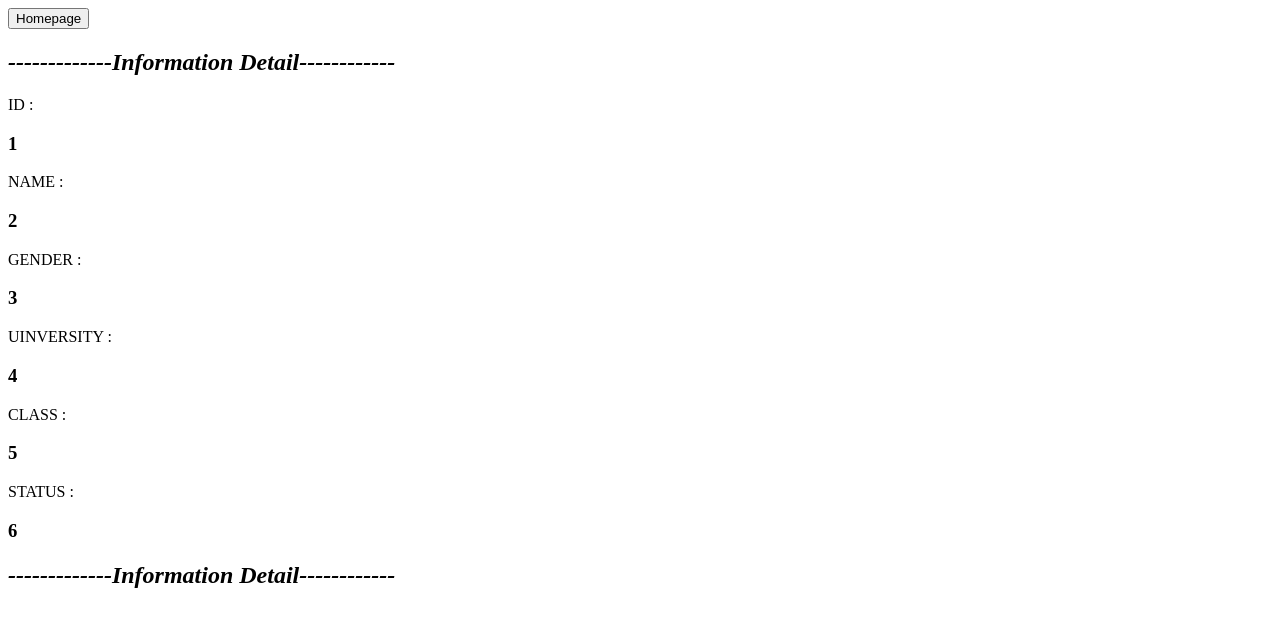
Repository: kepisal/ServletJAVA
Page: AjaxStaffandStudent/WebContent/pages/viewdetails.html
The author's editor kept a copy of each file at every save. The page is drawn from the files as they stood at one save, then again after the next save.
The browser window is 1280 px wide. The pictures show the whole page.

Above is the page before, as saved 2015-07-10 15:38:25.

### AjaxStaffandStudent/WebContent/pages/viewdetails.html
<!DOCTYPE html>
<html>
<head>
<meta charset="ISO-8859-1">
<title>Insert title here</title>
</head>
<body>
	<div>
		<button id="btnhomepage">Homepage</button>
	</div>
	<div>
		<i><h2>-------------Information Detail------------</h2></i>
		<label>ID         :</label><h3 id="stuid">1</h3>
		<label>NAME       :</label><h3 id="stuname">2</h3>
		<label>GENDER     :</label><h3 id="stugender">3</h3>
		<label>UINVERSITY :</label><h3 id="stuuniversity">4</h3>
		<label>CLASS      :</label><h3 id="stuclass">5</h3>
		<label>STATUS     :</label><h3 id="stustatus">6</h3>
		<i><h2>-------------Information Detail------------</h2></i>
	</div>
</body>
</html>

After the next save:
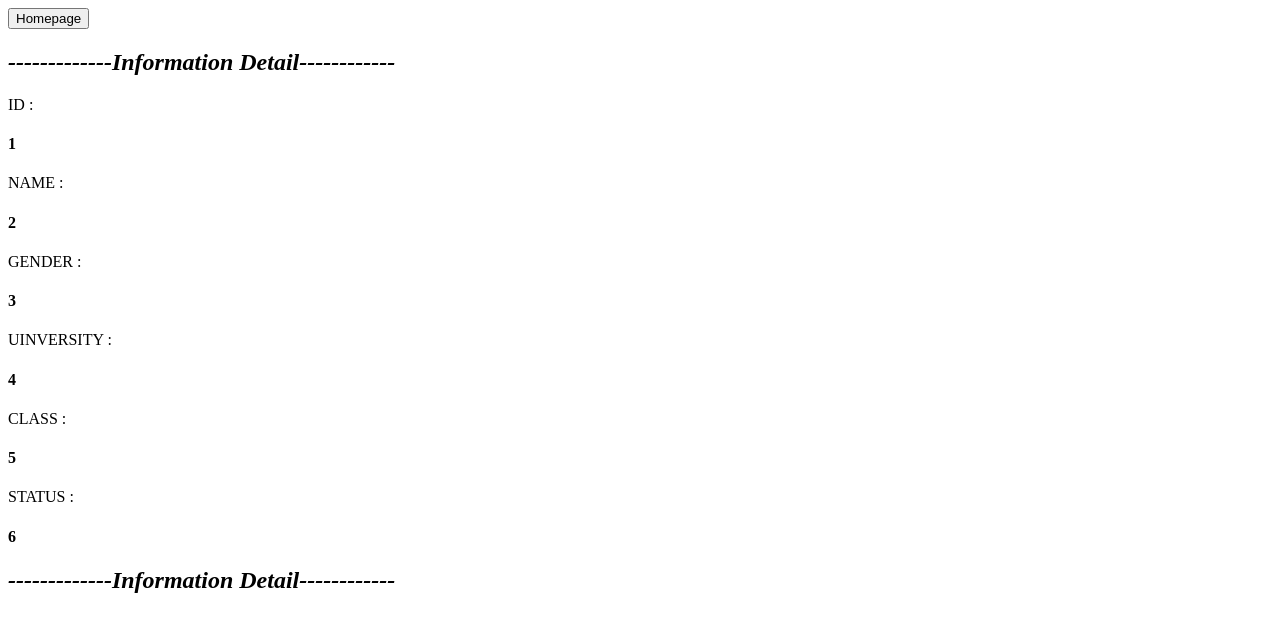
Saved 39 s later.
--- a/AjaxStaffandStudent/WebContent/pages/viewdetails.html
+++ b/AjaxStaffandStudent/WebContent/pages/viewdetails.html
@@ -10,12 +10,12 @@
 	</div>
 	<div>
 		<i><h2>-------------Information Detail------------</h2></i>
-		<label>ID         :</label><h3 id="stuid">1</h3>
-		<label>NAME       :</label><h3 id="stuname">2</h3>
-		<label>GENDER     :</label><h3 id="stugender">3</h3>
-		<label>UINVERSITY :</label><h3 id="stuuniversity">4</h3>
-		<label>CLASS      :</label><h3 id="stuclass">5</h3>
-		<label>STATUS     :</label><h3 id="stustatus">6</h3>
+		<label>ID         :</label><h4 id="stuid">1</h4>
+		<label>NAME       :</label><h4 id="stuname">2</h4>
+		<label>GENDER     :</label><h4 id="stugender">3</h4>
+		<label>UINVERSITY :</label><h4 id="stuuniversity">4</h4>
+		<label>CLASS      :</label><h4 id="stuclass">5</h4>
+		<label>STATUS     :</label><h4 id="stustatus">6</h4>
 		<i><h2>-------------Information Detail------------</h2></i>
 	</div>
 </body>

After the save that followed:
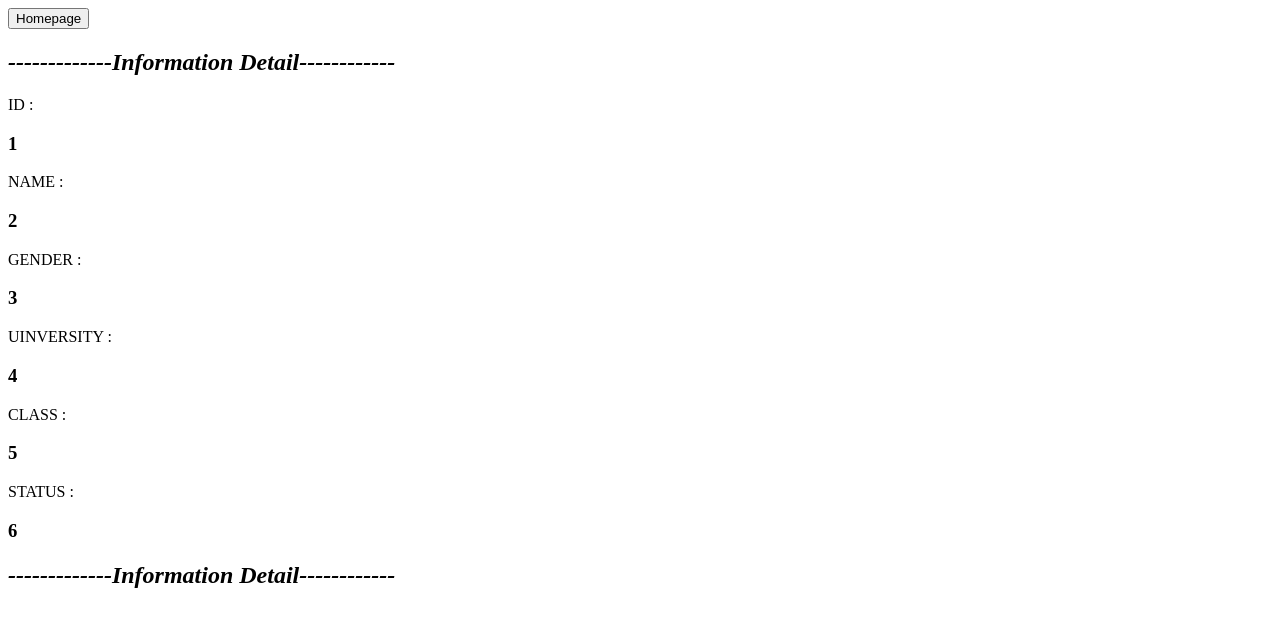
Saved 12 s later.
--- a/AjaxStaffandStudent/WebContent/pages/viewdetails.html
+++ b/AjaxStaffandStudent/WebContent/pages/viewdetails.html
@@ -10,12 +10,12 @@
 	</div>
 	<div>
 		<i><h2>-------------Information Detail------------</h2></i>
-		<label>ID         :</label><h4 id="stuid">1</h4>
-		<label>NAME       :</label><h4 id="stuname">2</h4>
-		<label>GENDER     :</label><h4 id="stugender">3</h4>
-		<label>UINVERSITY :</label><h4 id="stuuniversity">4</h4>
-		<label>CLASS      :</label><h4 id="stuclass">5</h4>
-		<label>STATUS     :</label><h4 id="stustatus">6</h4>
+		<label>ID         :</label><h3 id="stuid">1</h3>
+		<label>NAME       :</label><h3 id="stuname">2</h3>
+		<label>GENDER     :</label><h3 id="stugender">3</h3>
+		<label>UINVERSITY :</label><h3 id="stuuniversity">4</h3>
+		<label>CLASS      :</label><h3 id="stuclass">5</h3>
+		<label>STATUS     :</label><h3 id="stustatus">6</h3>
 		<i><h2>-------------Information Detail------------</h2></i>
 	</div>
 </body>
